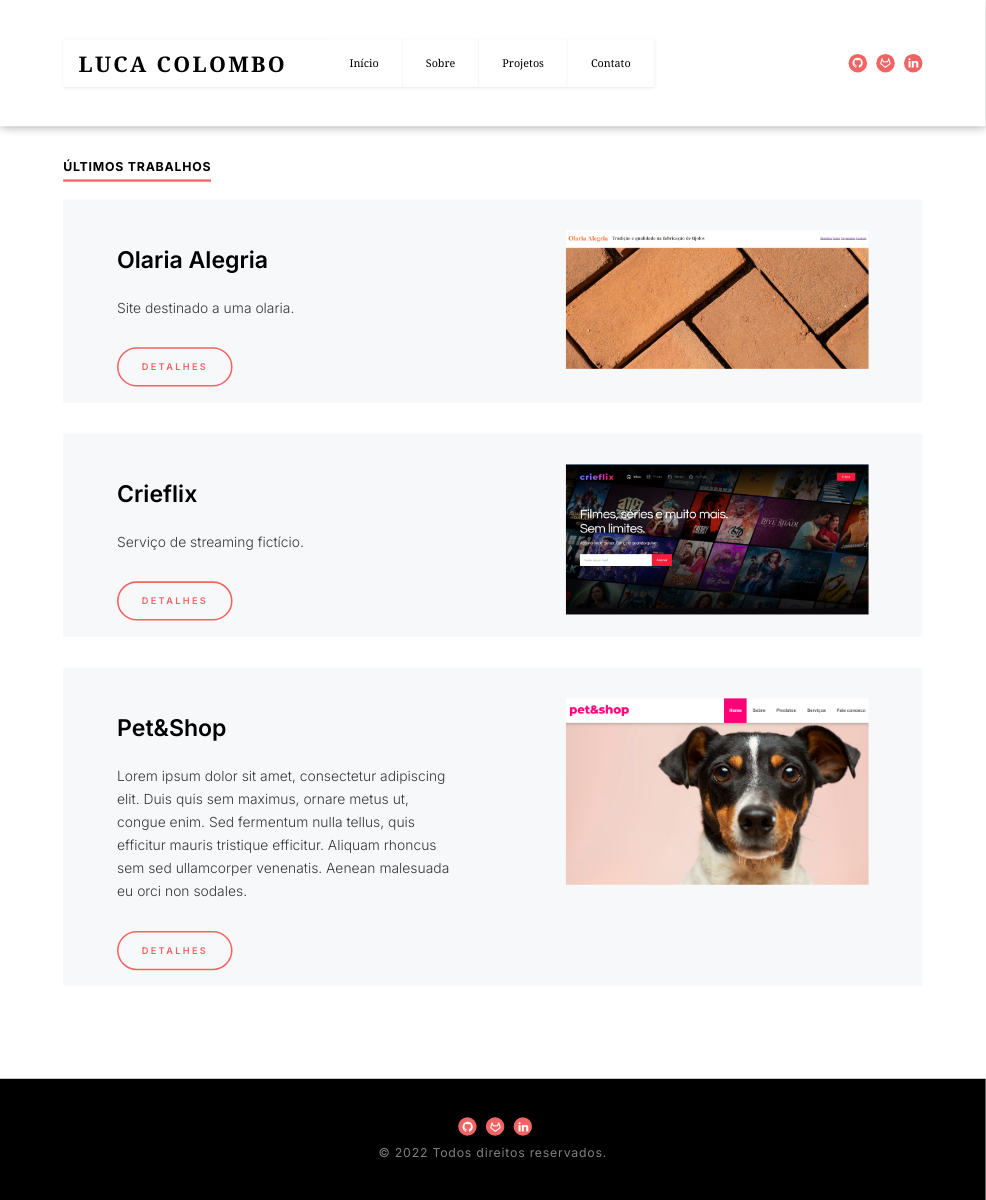
Repository: lxcxcxlxmb/portfolio
Page: projetos.html
These files come from the project's save history. The page is drawn as it stood at one moment and after the next save; the edit follows.
The browser window is 1280 px wide. The pictures show the whole page, at 77% of full size.

Above is the page before, as saved 2022-05-25 22:15:12.

After the next save:
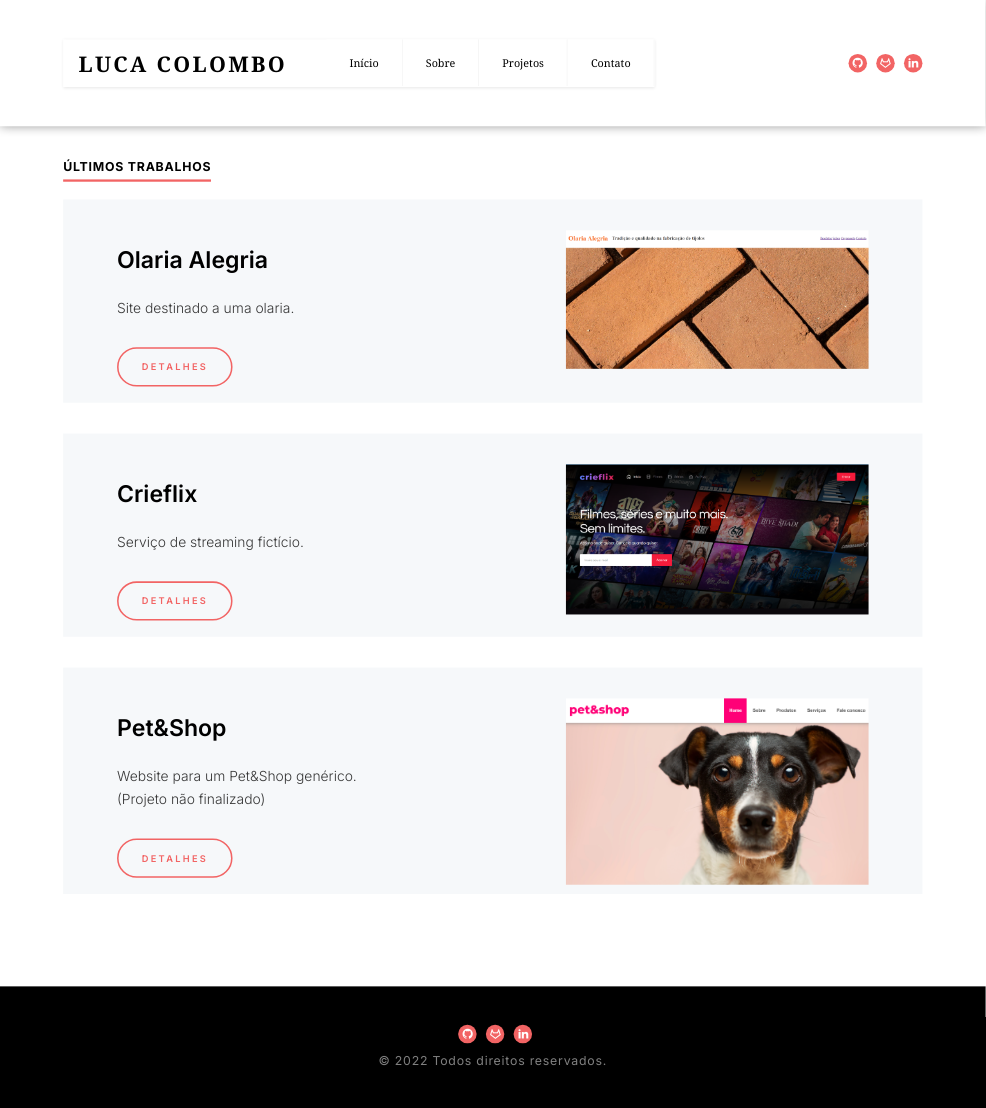
Saved 106 s later.
--- a/projetos.html
+++ b/projetos.html
@@ -112,9 +112,7 @@
             <div class="col-12 col-sm-12 col-md-7 col-lg-7 col-xl-7 col-xxl-7">
               <section>
                 <h3 class="ds-work-tilte">Pet&Shop</h3>
-                <p>Lorem ipsum dolor sit amet, consectetur adipiscing elit. Duis quis sem maximus, ornare metus ut,
-                  congue enim. Sed fermentum nulla tellus, quis efficitur mauris tristique efficitur. Aliquam rhoncus
-                  sem sed ullamcorper venenatis. Aenean malesuada eu orci non sodales. </p>
+                <p>Website para um Pet&Shop genérico.<br>(Projeto não finalizado)</p>
                 <a href="http://177.44.248.48/petshop/" class="ds-button">detalhes</a>
                 <br>
                 <br>
